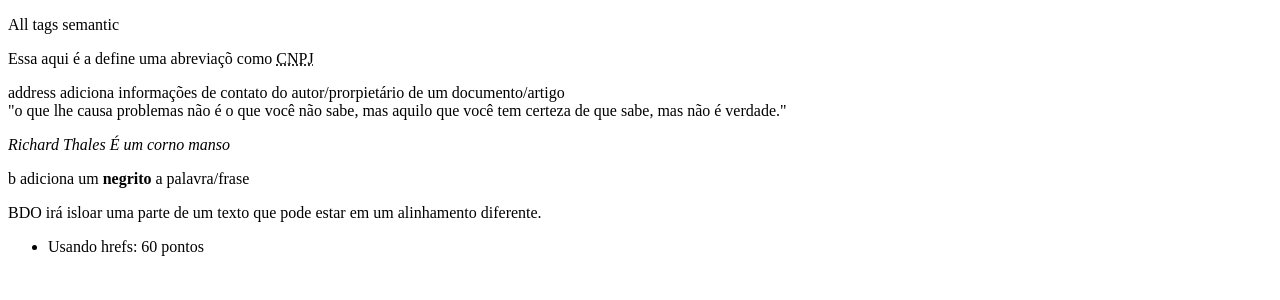
Repository: ErikMesquita/Danki-Code
Page: formatação/index.html
These files come from the project's save history. The page is drawn as it stood at one moment and after the next save; the edit follows.
The browser window is 1280 px wide. The pictures show the whole page.

Above is the page before, as saved 2023-10-28 11:08:54.

After the next save:
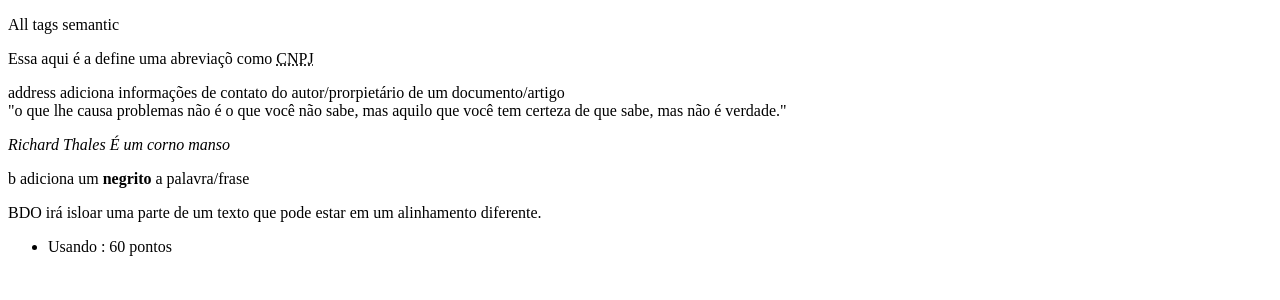
Saved 35 s later.
--- a/formatação/index.html
+++ b/formatação/index.html
@@ -74,7 +74,7 @@
 
     <p>BDO irá isloar uma parte de um texto que pode estar em um alinhamento diferente. <br>
     <ul>
-        <li>Usando <bdi>hrefs</bdi>: 60 pontos</li>
+        <li>Usando : 60 pontos</li>
     </ul>
     </p>
 

After the save that followed:
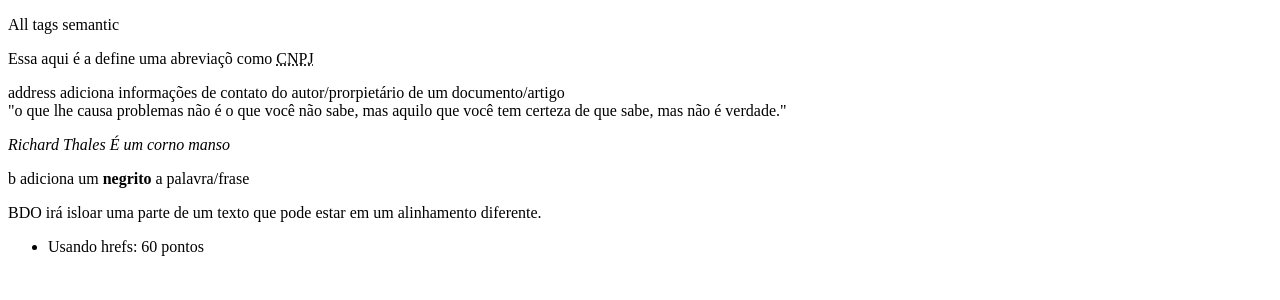
Saved 4 s later.
--- a/formatação/index.html
+++ b/formatação/index.html
@@ -74,7 +74,7 @@
 
     <p>BDO irá isloar uma parte de um texto que pode estar em um alinhamento diferente. <br>
     <ul>
-        <li>Usando : 60 pontos</li>
+        <li>Usando <bdi>hrefs</bdi>: 60 pontos</li>
     </ul>
     </p>
 
